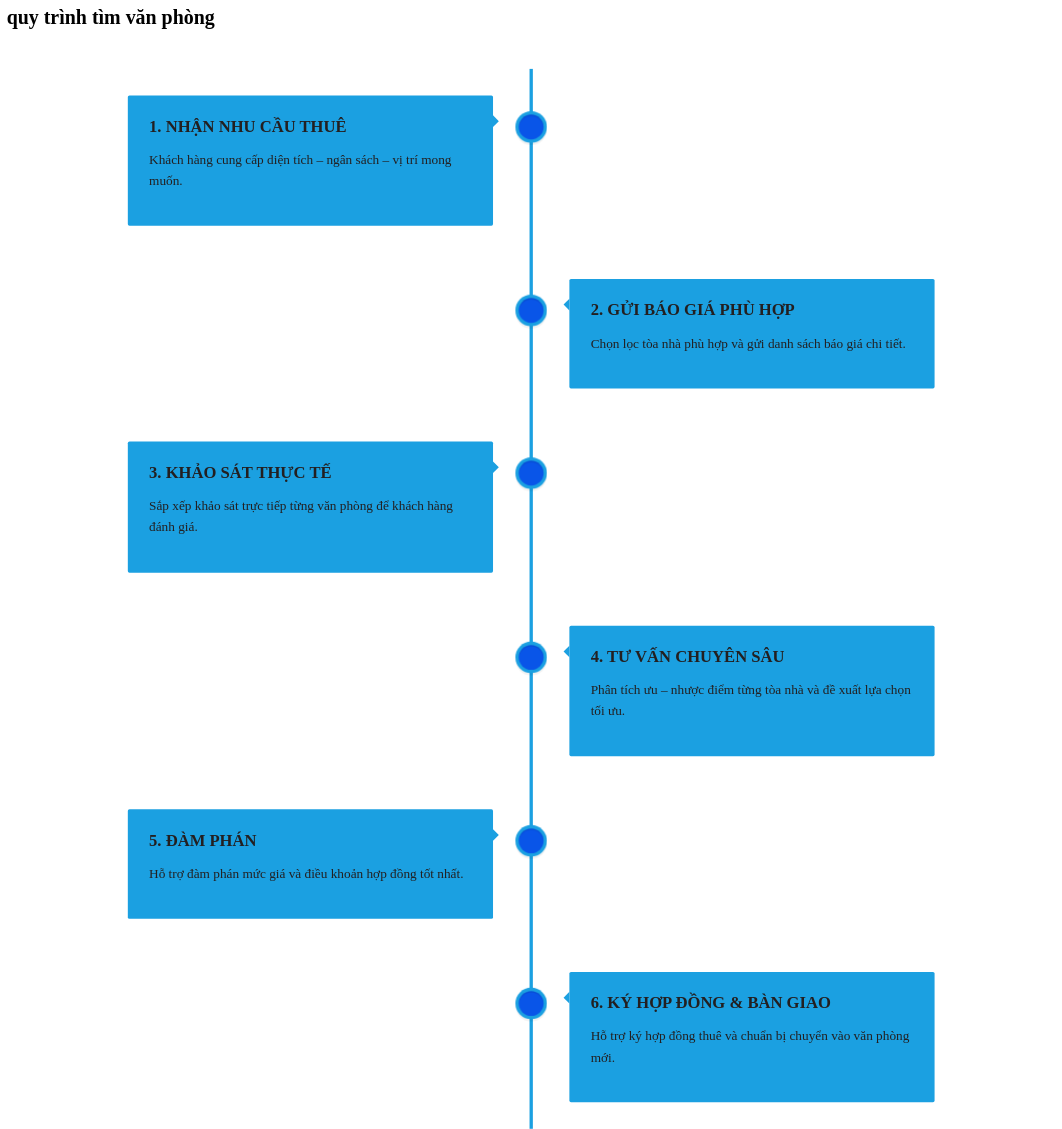
Repository: lannguyen1301/anphuholdings-main
Page: partials/home/quy-trinh-tim-van-phong-2.html
The author's editor kept a copy of each file at every save. The page is drawn from the files as they stood at one save, then again after the next save.
The browser window is 1280 px wide. The pictures show the whole page, at 83% of full size.

Above is the page before, as saved 2026-01-03 09:17:15.

### partials/home/quy-trinh-tim-van-phong-2.html
<!-- style -->
<!-- quy trình tìm văn phòng 2 -->
<style>
    html,
    body {
        /* background-color: #1BA0E1; */
        height: 100%;
        font-family: 'UTM Times', serif;
        box-sizing: border-box;
    }

    .cd-container {
        width: 90%;
        max-width: 1080px;
        margin: 0 auto;
        /* background: #2B343A; */
        padding: 0 10%;
        border-radius: 2px;
    }

    .cd-container::after {
        content: '';
        display: table;
        clear: both;
    }

    /* --------------------------------

Main components

-------------------------------- */


    #cd-timeline {
        position: relative;
        padding: 2em 0;
        margin-top: 2em;
        margin-bottom: 2em;
    }

    #cd-timeline::before {
        content: '';
        position: absolute;
        top: 0;
        left: 25px;
        height: 100%;
        width: 4px;
        background: #1BA0E1;
    }

    @media only screen and (min-width: 1170px) {
        #cd-timeline {
            margin-top: 3em;
            margin-bottom: 3em;
        }

        #cd-timeline::before {
            left: 50%;
            margin-left: -2px;
        }
    }

    .cd-timeline-block {
        position: relative;
        margin: 2em 0;
    }

    .cd-timeline-block:after {
        content: "";
        display: table;
        clear: both;
    }

    .cd-timeline-block:first-child {
        margin-top: 0;
    }

    .cd-timeline-block:last-child {
        margin-bottom: 0;
    }

    @media only screen and (min-width: 1170px) {
        .cd-timeline-block {
            margin: 4em 0;
        }

        .cd-timeline-block:first-child {
            margin-top: 0;
        }

        .cd-timeline-block:last-child {
            margin-bottom: 0;
        }
    }

    .cd-timeline-img {
        position: absolute;
        top: 8px;
        left: 12px;
        width: 30px;
        height: 30px;
        border-radius: 50%;
        box-shadow: 0 0 0 4px #1BA0E1, inset 0 2px 0 rgba(0, 0, 0, 0.08), 0 3px 0 4px rgba(0, 0, 0, 0.05);
    }

    .cd-timeline-img {
        background: #0955e8;
    }

    @media only screen and (min-width: 1170px) {
        .cd-timeline-img {
            width: 30px;
            height: 30px;
            left: 50%;
            margin-left: -15px;
            margin-top: 15px;
            /* Force Hardware Acceleration in WebKit */
            -webkit-transform: translateZ(0);
            -webkit-backface-visibility: hidden;
        }
    }

    .cd-timeline-content {
        position: relative;
        margin-left: 60px;
        margin-right: 30px;
        background: #1BA0E1;
        border-radius: 2px;
        padding: 1em;

        .timeline-content-info {
            background: #2B343A;
            padding: 5px 10px;
            color: rgba(255, 255, 255, 0.7);
            font-size: 12px;
            box-shadow: inset 0 2px 0 rgba(0, 0, 0, 0.08);
            border-radius: 2px;

            i {
                margin-right: 5px;
            }

            .timeline-content-info-title,
            .timeline-content-info-date {
                width: calc(50% - 2px);
                display: inline-block;
            }

            @media (max-width: 500px) {

                .timeline-content-info-title,
                .timeline-content-info-date {
                    display: block;
                    width: 100%;
                }
            }
        }

        .content-skills {
            font-size: 12px;
            padding: 0;
            margin-bottom: 0;
            display: flex;
            flex-wrap: wrap;
            justify-content: center;

            li {
                background: #40484D;
                border-radius: 2px;
                display: inline-block;
                padding: 2px 10px;
                color: rgba(255, 255, 255, 0.7);
                margin: 3px 2px;
                text-align: center;
                flex-grow: 1;
            }
        }
    }

    .cd-timeline-content:after {
        content: "";
        display: table;
        clear: both;
    }

    .cd-timeline-content h3 {
        /* color: rgba(255, 255, 255, .9); */
        color: #231F20;
        text-transform: uppercase;
        margin-top: 0;
        margin-bottom: 5px;
    }

    .cd-timeline-content p,
    .cd-timeline-content .cd-date {
        /* color: rgba(255, 255, 255, .7); */
        color: #231F20;
        font-size: 13px;
        font-size: 0.8125rem;
    }

    .cd-timeline-content .cd-date {
        display: inline-block;
    }

    .cd-timeline-content p {
        margin: 1em 0;
        line-height: 1.6;
    }

    .cd-timeline-content::before {
        content: '';
        position: absolute;
        top: 16px;
        right: 100%;
        height: 0;
        width: 0;
        border: 7px solid transparent;
        border-right: 7px solid #333C42;
    }

    @media only screen and (min-width: 768px) {
        .cd-timeline-content h3 {
            font-size: 20px;
            font-size: 1.25rem;
        }

        .cd-timeline-content p {
            font-size: 16px;
            font-size: 1rem;
        }

        .cd-timeline-content .cd-read-more,
        .cd-timeline-content .cd-date {
            font-size: 14px;
            font-size: 0.875rem;
        }
    }

    @media only screen and (min-width: 1170px) {
        .cd-timeline-content {
            color: white;
            margin-left: 0;
            padding: 1.6em;
            width: 36%;
            margin: 0 5%
        }

        .cd-timeline-content::before {
            top: 24px;
            left: 100%;
            border-color: transparent;
            border-left-color: #1BA0E1;
        }

        .cd-timeline-content .cd-date {
            position: absolute;
            width: 100%;
            left: 122%;
            top: 6px;
            font-size: 16px;
            font-size: 1rem;
        }

        .cd-timeline-block:nth-child(even) .cd-timeline-content {
            float: right;
        }

        .cd-timeline-block:nth-child(even) .cd-timeline-content::before {
            top: 24px;
            left: auto;
            right: 100%;
            border-color: transparent;
            border-right-color: #1BA0E1;
        }

        .cd-timeline-block:nth-child(even) .cd-timeline-content .cd-read-more {
            float: right;
        }

        .cd-timeline-block:nth-child(even) .cd-timeline-content .cd-date {
            left: auto;
            right: 122%;
            text-align: right;
        }
    }
</style>
<!-- style -->


<h2 data-aos="fade-up" data-aos-delay="300"
    class="mb-12 heading-2 uppercase text-3xl font-bold leading-tight md:text-4xl ">quy trình tìm văn phòng
</h2>

<div id="cd-timeline" class="cd-container">
    <div data-aos="fade-up" data-aos-delay="300" class="cd-timeline-block">
        <div class="cd-timeline-img cd-movie">
        </div> <!-- cd-timeline-img -->

        <div class="cd-timeline-content">
            <h3 class="">1. Nhận nhu cầu thuê</h3>
            <p class="">Khách hàng cung cấp diện tích – ngân sách – vị trí mong muốn.</p>
            <!-- <span class=" cd-date">Jan 18</span> -->
        </div> <!-- cd-timeline-content -->
    </div> <!-- cd-timeline-block -->

    <div data-aos="fade-up" data-aos-delay="300" class="cd-timeline-block">
        <div class="cd-timeline-img cd-picture">
        </div> <!-- cd-timeline-img -->

        <div class="cd-timeline-content">
            <h3 class="">2. Gửi báo giá phù hợp</h3>
            <p class="">Chọn lọc tòa nhà phù hợp và gửi danh sách báo giá chi tiết.</p>
            <!-- <span class=" cd-date">Jan 24</span> -->
        </div> <!-- cd-timeline-content -->
    </div> <!-- cd-timeline-block -->

    <div data-aos="fade-up" data-aos-delay="300" class="cd-timeline-block">
        <div class="cd-timeline-img cd-location">
        </div> <!-- cd-timeline-img -->

        <div class="cd-timeline-content">
            <h3 class="">3. Khảo sát thực tế</h3>
            <p class="">Sắp xếp khảo sát trực tiếp từng văn phòng để khách hàng đánh giá.</p>
            <!-- <span class=" cd-date">Feb 14</span> -->
        </div> <!-- cd-timeline-content -->
    </div> <!-- cd-timeline-block -->

    <div data-aos="fade-up" data-aos-delay="300" class="cd-timeline-block">
        <div class="cd-timeline-img cd-location">
        </div>

        <div class="cd-timeline-content">
            <h3 class="">4. Tư vấn chuyên sâu</h3>
            <p class="">Phân tích ưu – nhược điểm từng tòa nhà và đề xuất lựa chọn tối ưu.</p>
            <!-- <span class=" cd-date">Feb 18</span> -->
        </div> <!-- cd-timeline-content -->
    </div> <!-- cd-timeline-block -->

    <div data-aos="fade-up" data-aos-delay="300" class="cd-timeline-block">
        <div class="cd-timeline-img cd-movie">
        </div> <!-- cd-timeline-img -->

        <div class="cd-timeline-content">
            <h3 class="">5. Đàm phán</h3>
            <p class="">Hỗ trợ đàm phán mức giá và điều khoản hợp đồng tốt nhất.</p>
            <!-- <span class=" cd-date">Feb 26</span> -->
        </div> <!-- cd-timeline-content -->
    </div> <!-- cd-timeline-block -->

    <div data-aos="fade-up" data-aos-delay="300" class="cd-timeline-block">
        <div class="cd-timeline-img cd-movie">
        </div> <!-- cd-timeline-img -->

        <div class="cd-timeline-content">
            <h3 class="">6. Ký hợp đồng & bàn giao</h3>
            <p class="">Hỗ trợ ký hợp đồng thuê và chuẩn bị chuyển vào văn phòng mới.</p>
            <!-- <span class=" cd-date">Feb 26</span> -->
        </div> <!-- cd-timeline-content -->
    </div> <!-- cd-timeline-block -->
</div> <!-- cd-timeline -->

After the next save:
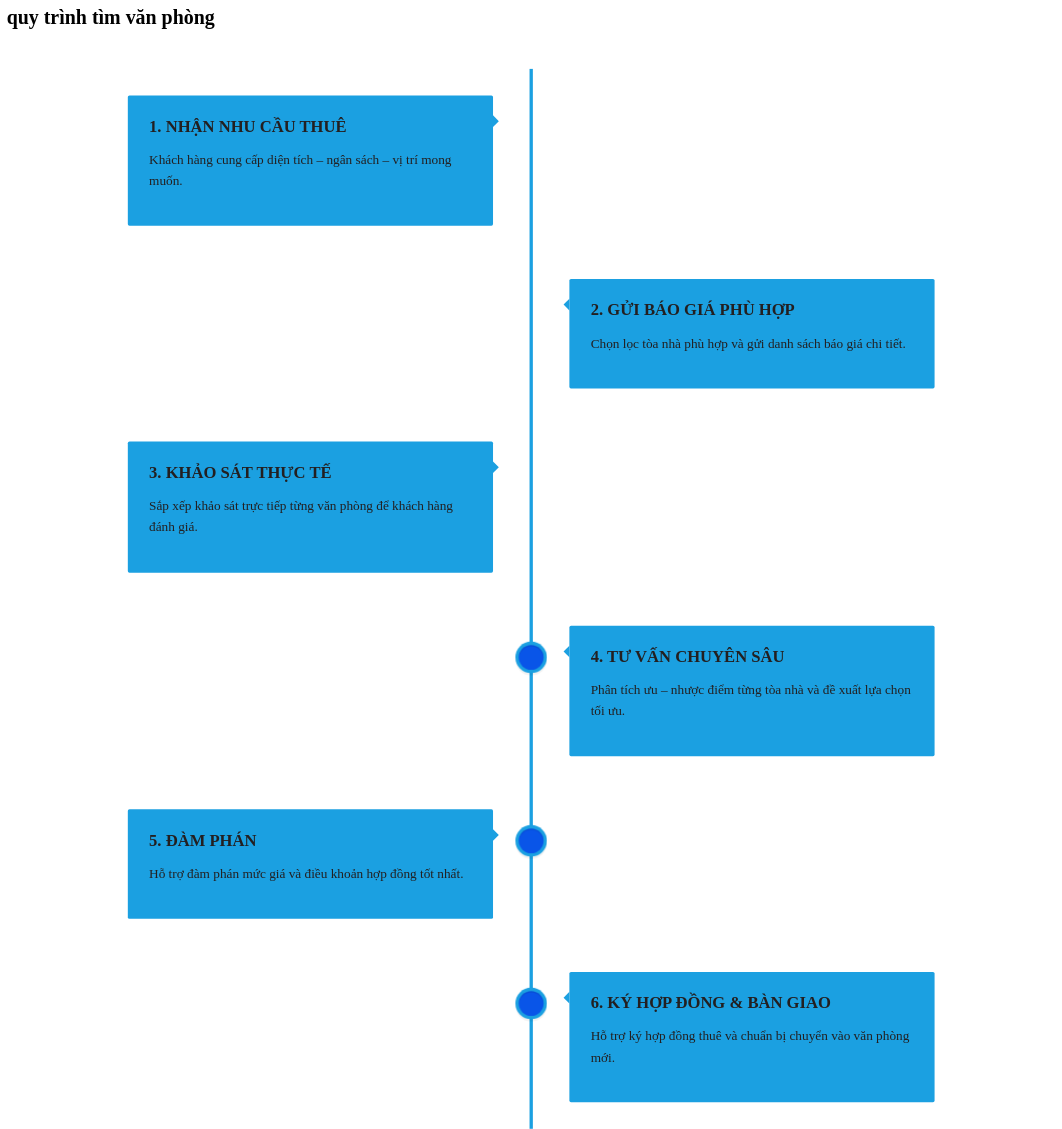
Saved 45 s later.
--- a/partials/home/quy-trinh-tim-van-phong-2.html
+++ b/partials/home/quy-trinh-tim-van-phong-2.html
@@ -294,8 +294,9 @@ Main components
 
 <div id="cd-timeline" class="cd-container">
     <div data-aos="fade-up" data-aos-delay="300" class="cd-timeline-block">
-        <div class="cd-timeline-img cd-movie">
-        </div> <!-- cd-timeline-img -->
+        <!-- <div class="cd-timeline-img cd-movie">
+        </div>  -->
+        <!-- cd-timeline-img -->
 
         <div class="cd-timeline-content">
             <h3 class="">1. Nhận nhu cầu thuê</h3>
@@ -305,8 +306,9 @@ Main components
     </div> <!-- cd-timeline-block -->
 
     <div data-aos="fade-up" data-aos-delay="300" class="cd-timeline-block">
-        <div class="cd-timeline-img cd-picture">
-        </div> <!-- cd-timeline-img -->
+        <!-- <div class="cd-timeline-img cd-picture">
+        </div> -->
+        <!-- cd-timeline-img -->
 
         <div class="cd-timeline-content">
             <h3 class="">2. Gửi báo giá phù hợp</h3>
@@ -316,8 +318,9 @@ Main components
     </div> <!-- cd-timeline-block -->
 
     <div data-aos="fade-up" data-aos-delay="300" class="cd-timeline-block">
-        <div class="cd-timeline-img cd-location">
-        </div> <!-- cd-timeline-img -->
+        <!-- <div class="cd-timeline-img cd-location">
+        </div>  -->
+        <!-- cd-timeline-img -->
 
         <div class="cd-timeline-content">
             <h3 class="">3. Khảo sát thực tế</h3>
